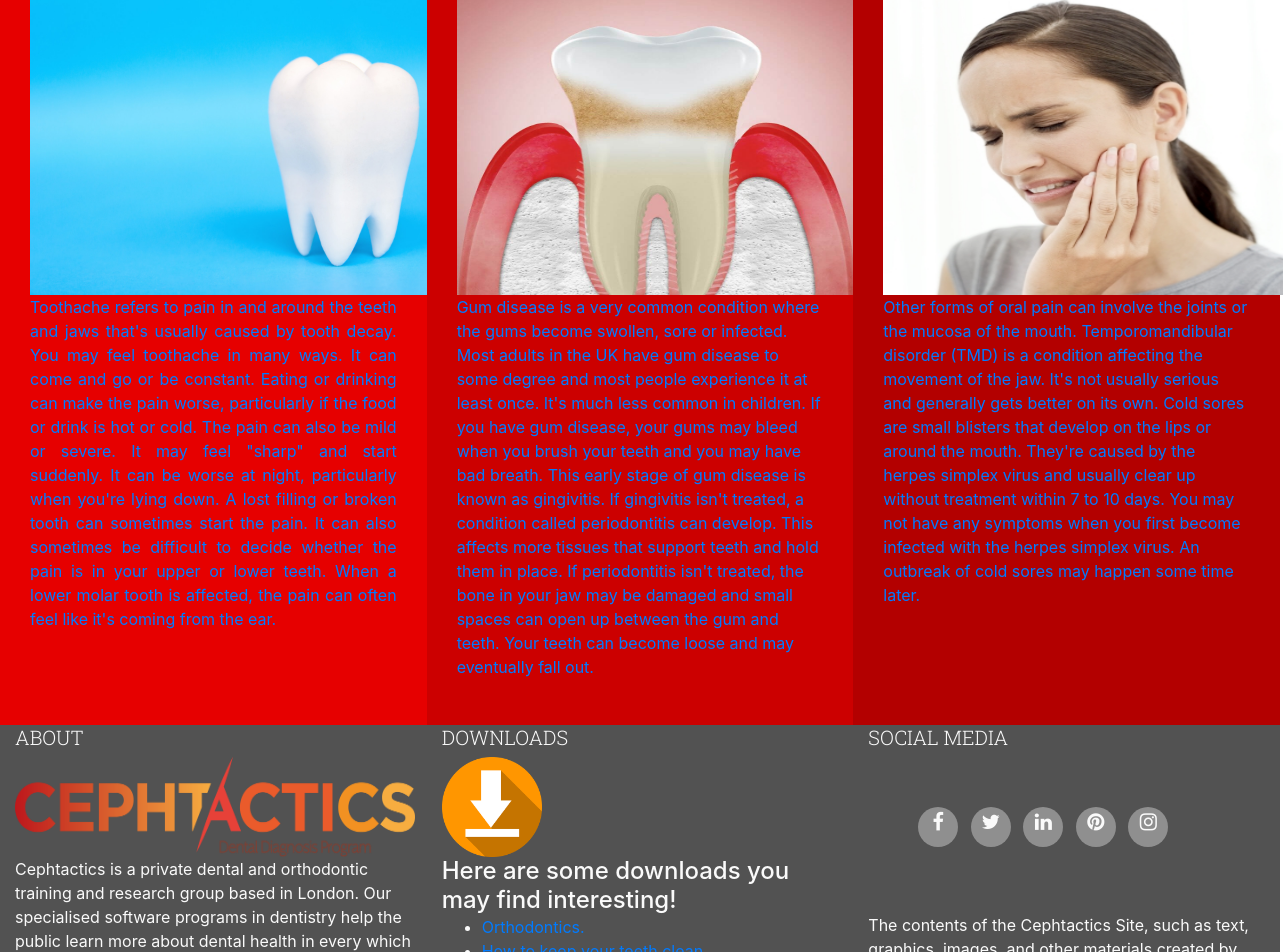
Repository: Code-Institute-Submissions/Rajjabbal-milestone-project
Page: index.html
The author's editor kept a record of every edit. The page is drawn from the files as they stood at one moment, then again after the next edit.
The browser window is 1280 px wide. The page is 1283 px wide, so the pictures cover 1283 px, including what lies to the right of the window. The pictures show the part of the page from y = 1185 to 2137 px (the page is 2426 px tall).
Some web libraries are served in a nearby version.

Above is the page before.

### index.html
<!DOCTYPE html>
<html lang="en">

<head>
    <meta charset="UTF-8">
    <meta name="viewport" content="width=device-width, initial-scale=1.0">
    <meta http-equiv="X-UA-Compatible" content="ie=edge">
    <link rel="stylesheet" href="https://stackpath.bootstrapcdn.com/bootstrap/4.2.1/css/bootstrap.min.css" type="text/css" />
    <link rel="stylesheet" href="https://stackpath.bootstrapcdn.com/font-awesome/4.7.0/css/font-awesome.min.css" type="text/css" />
    <link rel="stylesheet" href="assets/css/style.css" type="text/css" />
    <link rel="stylesheet" href="https://cdnjs.cloudflare.com/ajax/libs/hover.css/2.3.1/css/hover-min.css" type="text/css" />
    <title>Milestone Project 1</title>
</head>

<body>
    <header>
        <div class="row no-gutters">
            <div class="col-md-12">
                <ul id="nav" class="list-inline menucontainer">
                    <li class="col-sm-2 ui-menu-color-home list-inline-item menuitem">
                        <a href="index.html" class="hvr-sweep-to-bottom"><i class="fa fa-home" aria-hidden="true"></i><span>Home</span>
                        </a>
                    </li>
                    <li class="col-sm-2 ui-menu-color-dental list-inline-item menuitem">
                        <a href="1dental.html" class="hvr-sweep-to-bottom"><i class="fa fa-apple" aria-hidden="true"></i><span>Dental Treatment</span>
                        </a>
                    </li>
                    <li class="col-sm-2 ui-menu-color-periodontal list-inline-item menuitem">
                        <a href="2periodontal.html" class="hvr-sweep-to-bottom"><i class="fa fa-ambulance" aria-hidden="true"></i><span>Periodontal Treatment</span>
                        </a>
                    </li>
                    <li class="col-sm-2 ui-menu-color-other list-inline-item menuitem">
                        <a href="3other.html" class="hvr-sweep-to-bottom"><i class="fa fa-heart" aria-hidden="true"></i><span>Other Treatment</span>
                        </a>
                    </li>
                    <li class="col-sm-4 ui-menu-color-contact list-inline-item menuitem">
                        <a href="4contact.html" class="hvr-sweep-to-bottom"><i class="fa fa-envelope-square" aria-hidden="true"></i><span>Contact Cephtactics!</span>
                        </a>
                    </li>
                </ul>
            </div>
        </div>
        <div class="row no-gutters">
            <a href="index.html" class="col-md-12 logo"></a>
        </div>
        <div class="row no-gutters bg-color-question">
            <div class="col-md-12 question">
                <p> What dental symptoms do you have?</p>
            </div>
        </div>
        <div class="col-md-12 picture">
        </div>

    </header>

    <section class="container-fluid">
        <div class="blurb">
            <p align="justify">A regular dental check up is important because they help keep your teeth and gums healthy. You should have a regular dental visit at least every 6 months or as recommended by your dental professional. There are 2 parts to a regular dental
                visit – check up, or examination and the cleaning, or oral prophylaxis. At the dental check up your dental professional will check for cavities. X-rays might be taken to detect cavities between your teeth. The exam will also include a
                check for plaque and tartar on your teeth. Plaque is a clear, sticky layer of bacteria. If it is not removed, it can harden and become tartar. You cannot remove tartar with brushing and flossing. If plaque and tartar build up on your teeth,
                they can cause oral diseases. Next, your gums will be checked. This will be done with a special tool to measure the depth of the spaces between your teeth and gums. With healthy gums, the spaces are shallow. When people have gum disease,
                the spaces may become deeper. The check-up should also include a careful examination of your tongue, throat, face, head, and neck. This is to look for any signs of trouble - swelling, redness, or possible signs of cancer.
            </p>
        </div>

        <div class="row">
            <div class="col-md-4 bg-color-dental section-column">
                <a href="1dental.html">
                    <h4 class="section-heading uppercase">DENTAL</h4>
                    <img src="./assets/images/index1.jpg" alt="Italian Trulli" style="width:400px; height:300px;">
                    <p class="inline-block" align="justify">Toothache refers to pain in and around the teeth and jaws that's usually caused by tooth decay. You may feel toothache in many ways. It can come and go or be constant. Eating or drinking can make the pain worse, particularly if the
                        food or drink is hot or cold. The pain can also be mild or severe. It may feel "sharp" and start suddenly. It can be worse at night, particularly when you're lying down. A lost filling or broken tooth can sometimes start the pain.
                        It can also sometimes be difficult to decide whether the pain is in your upper or lower teeth. When a lower molar tooth is affected, the pain can often feel like it's coming from the ear.</p>
                </a>
            </div>
            <div class="col-md-4 bg-color-periodontal section-column">
                <a href="2periodontal.html">
                    <h4 class="section-heading uppercase">PERIODONTAL</h4>
                    <img src="./assets/images/index2.jpg" alt="Italian Trulli" style="width:400px; height:300px;">
                    <p class="inline-block">Gum disease is a very common condition where the gums become swollen, sore or infected. Most adults in the UK have gum disease to some degree and most people experience it at least once. It's much less common in children. If you have
                        gum disease, your gums may bleed when you brush your teeth and you may have bad breath. This early stage of gum disease is known as gingivitis. If gingivitis isn't treated, a condition called periodontitis can develop. This affects
                        more tissues that support teeth and hold them in place. If periodontitis isn't treated, the bone in your jaw may be damaged and small spaces can open up between the gum and teeth. Your teeth can become loose and may eventually
                        fall out.</p>
                </a>
            </div>
            <div class="col-md-4 bg-color-other section-column">
                <a href="3other.html">
                    <h4 class="section-heading uppercase">OTHER</h4>
                    <img src="./assets/images/index3.jpg" alt="Italian Trulli" style="width:400px; height:300px;">
                    <p class="inline-block">Other forms of oral pain can involve the joints or the mucosa of the mouth. Temporomandibular disorder (TMD) is a condition affecting the movement of the jaw. It's not usually serious and generally gets better on its own. Cold sores
                        are small blisters that develop on the lips or around the mouth. They're caused by the herpes simplex virus and usually clear up without treatment within 7 to 10 days. You may not have any symptoms when you first become infected
                        with the herpes simplex virus. An outbreak of cold sores may happen some time later.</p>
                </a>
            </div>
        </div>

    </section>

    <footer class="container-fluid">
        <div class="row">
            <div class="col-sm-4">
                <h5 class="uppercase general-sub">About</h5>
                <div class="cephtactics">
                    <img src="./assets/images/CEP-Logo DENTAL.png" alt="Italian Trulli" style="width:400px; height:100px;">
                </div>
                <p class="inline-block">
                    Cephtactics is a private dental and orthodontic training and research group based in London. Our specialised software programs in dentistry help the public learn more about dental health in every which way! The Dental Diagnosis program will give some
                    insight in the problems and severity of the symptoms and the importance of getting assistance. Our other aims are to provide training in orthodontics to dentists with interest in short term techniques in the current market. We also
                    endeavour to hone skills of those already practising in both fixed and removable orthodontics.
                </p>
            </div>
            <div class="col-sm-4">
                <h5 class="uppercase general-sub">Downloads</h5>
                <div class="download-pic">
                    <img src="./assets/images/Download.jpg" alt="Italian Trulli" style="width:100px; height:100px;">
                </div>
                <h4 class="download">Here are some downloads you may find interesting!
                </h4>
                <ul class="inline-block">
                    <li>
                        <a href="https://view.publitas.com/british-orthodontic-society/orthotreatmentfebruary2019/page/1" target="_blank" class="link1">
                        <span>Orthodontics.</span>
                    </a>
                    </li>
                    <li>
                        <a href="https://view.publitas.com/british-orthodontic-society/oralhealthmarch2019/page/1" target="_blank" class="link2">
                        <span>How to keep your teeth clean.</span>
                    </a>
                    </li>
                    <li>
                        <a href="https://view.publitas.com/british-orthodontic-society/mouthguardsmarch2019/page/1" target="_blank" class="link3">
                        <span>Sports Mouthguards.</span>
                    </a>
                    </li>
                    <li>
                        <a href="https://view.publitas.com/british-orthodontic-society/food-and-drinkmarch2019/page/1" target="_blank" class="link4">
                        <span>Tooth healthy food and drink.</span>
                    </a>
                    </li>
                    <li>
                        <a href="https://view.publitas.com/british-orthodontic-society/digitsmarch2019/page/1" target="_blank" class="link5">
                        <span>Thumb Sucking.</span>
                    </a>
                    </li>
                </ul>
            </div>
            <div class="col-sm-4">
                <h5 class="uppercase general-sub">Social Media</h5>
                <ul class="list-inline social-links">
                    <li class="list-inline-item">
                        <a target="_blank" href="#">
                            <i class="fa fa-facebook" aria-hidden="true"></i>
                            <span class="sr-only">Facebook</span>
                        </a>
                    </li>
                    <li class="list-inline-item">
                        <a target="_blank" href="#">
                            <i class="fa fa-twitter" aria-hidden="true"></i>
                            <span class="sr-only">Twitter</span>
                        </a>
                    </li>
                    <li class="list-inline-item">
                        <a target="_blank" href="#">
                            <i class="fa fa-linkedin" aria-hidden="true"></i>
                            <span class="sr-only">Linkedin</span>
                        </a>
                    </li>
                    <li class="list-inline-item">
                        <a target="_blank" href="#">
                            <i class="fa fa-pinterest" aria-hidden="true"></i>
                            <span class="sr-only">Pinterest</span>
                        </a>
                    </li>
                    <li class="list-inline-item">
                        <a target="_blank" href="#">
                            <i class="fa fa-instagram" aria-hidden="true"></i>
                            <span class="sr-only">Instagram</span>
                        </a>
                    </li>
                </ul>
                <p class="inline-block">The contents of the Cephtactics Site, such as text, graphics, images, and other materials created by Cephtactics or obtained from Cephtactics licensors, and other materials contained on the Cephtactics Site (collectively, "Content") are
                    for informational purposes only. The Content is not intended to be a substitute for professional dental advice, diagnosis, or treatment. Always seek the advice of your physician or other qualified health provider with any questions
                    you may have regarding a dental condition. Never disregard professional dental advice or delay in seeking it because of something you have read on the Cephtactics Site!</p>
            </div>

        </div>

    </footer>

</body>

</html>

### assets/css/style.css
@import url('https://fonts.googleapis.com/css?family=Roboto+Slab:100,200,300,400,500,600,700');

/*-----colors-----*/

.bg-color-question {
    background-color: #FFC300;

}

.ui-menu-color-home {
    background-color: RGB(88, 24, 69);
}

.ui-menu-color-dental {
    background-color: RGB(144, 12, 63);
}

.ui-menu-color-periodontal {
    background-color: RGB(199, 0, 57);
}

.ui-menu-color-contact {
    background-color: RGB(255, 87, 51);
}

.ui-menu-color-statement {
    background-color: RGB(23, 32, 42);
}

.bg-color-dental {
    background-color: #e60000;
}
.bg-color-periodontal {
    background-color: #cc0000;
}
.bg-color-other {
    background-color: #b30000;
}

/*-----Special paddings/margins/text-----*/

h1,
h2,
h3,
h4 {
    margin: 0;
}

.uppercase {
    text-transform: uppercase;

}

.general-sub {
    font-family: "Roboto Slab", sans-serif;
    font-weight: 300;
    color: #fafafa;
}

.inline-block {
    display: inline-block;
}

.row-table {
    display: table;
}

.section-column {
    display: table-cell;
    padding: 0 30px 30px;
    float: none;
}

.section-heading {
    font-family: "Roboto Slab", sans-serif;
    font-weight: 300;
    margin-top: 25px;
    margin-bottom: 40px;
}

/*-----heading-----*/

header {
    margin: 0px;
}

.list-inline-item:not(:last-child) {
    max-height: 80px;

}

.menucontainer {
    font-size: 0;

}

#nav {
    margin: 0;
}

#nav li {
    font-size: 14px;
    font-family: "Roboto Slab", sans-serif;
    color: #DAF7A6;
    padding: 0;
}

.menuitem {
    height: 80px;
    text-align: center;
}

.menuitem a {
    width: 100%;
    text-decoration: none;
    color: #fff;
}

.menuitem a i {
    padding-top: 20px;
    display: block;
    color: #fafafa;
}

.menuitem span {
    display: block;
    width: 100%;
    padding-top: 5px;
    text-align: center;
    text-transform: uppercase;
    font-size: 14px;
    font-weight: 300;
    letter-spacing: 2px;
}

.logo {
    background: url("../images/CEP-Logo DENTAL.png");
    background-position: center;
    background-repeat: no-repeat;
    background-size: 1400px;
    min-height: 400px;
    padding: 0px;
    transition: all .5s ease-in-out;
    -moz-transition: all .5s ease-in-out;
    -webkit-transition: all .5s ease-in-out;
}

.picture {
    background: url("../images/BK.jpg");
    background-position: center;
    background-repeat: no-repeat;
    background-size: cover;
    min-height: 240px;
    transition: all .5s ease-in-out;
    -moz-transition: .5s ease-in-out;
    -webkit-transition: .5s ease-in-out;
}

.question {
    font-family: "Roboto Slab", sans-serif;
    font-weight: 500;
    font-size: 40px;
    margin: 0px;
    color: #ffffff;
    text-align: center;
}

/*-----hover.css-----*/

.hvr-sweep-to-bottom:before {
    background: rgba(0, 0, 0, 1);
    height: 80px;
}

/*-----section-----*/

.blurb {
    background-color: #4d0000;
    min-height: 200px;
    padding: 0;
    color: #ff8080;
}




/*-----footer-----*/

footer {
    background-color: #525252;
    color: #fafafa;
    min-height: 180px;
    margin: 0;
}

.social-links {
    padding: 50px;
}

.social-links li a i {
    width: 40px;
    height: 40px;
    padding: 12px 0;
    border-radius: 50%;
    font-size: 20px;
    line-height: 7px;
    text-align: center;
    color: #fafafa;
    background: #8f8f8f;
    transition: all 0.35s ease-in-out;
    -moz-transition: all 0.35s ease-in-out;
    -webkit-transition: all 0.35s ease-in-out;
    -o-transition: all 0.35s ease-in-out;
}

.social-links li a i:hover {
    background: #e84610;
}

#footer-details {
    padding: 20px;
}

After the next edit:
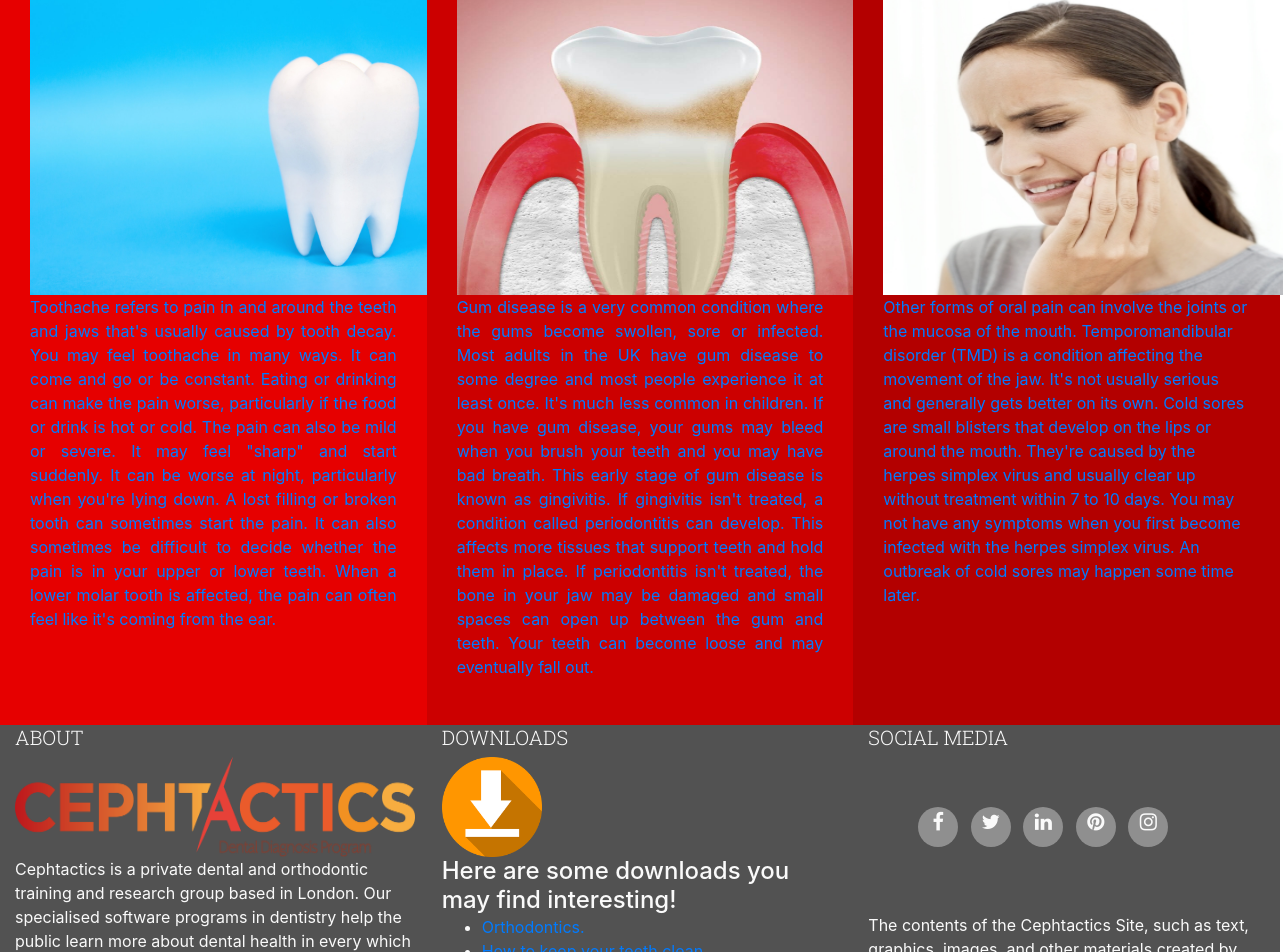
The edit:
--- a/index.html
+++ b/index.html
@@ -77,7 +77,7 @@
                 <a href="2periodontal.html">
                     <h4 class="section-heading uppercase">PERIODONTAL</h4>
                     <img src="./assets/images/index2.jpg" alt="Italian Trulli" style="width:400px; height:300px;">
-                    <p class="inline-block">Gum disease is a very common condition where the gums become swollen, sore or infected. Most adults in the UK have gum disease to some degree and most people experience it at least once. It's much less common in children. If you have
+                    <p class="inline-block" align="justify">Gum disease is a very common condition where the gums become swollen, sore or infected. Most adults in the UK have gum disease to some degree and most people experience it at least once. It's much less common in children. If you have
                         gum disease, your gums may bleed when you brush your teeth and you may have bad breath. This early stage of gum disease is known as gingivitis. If gingivitis isn't treated, a condition called periodontitis can develop. This affects
                         more tissues that support teeth and hold them in place. If periodontitis isn't treated, the bone in your jaw may be damaged and small spaces can open up between the gum and teeth. Your teeth can become loose and may eventually
                         fall out.</p>
